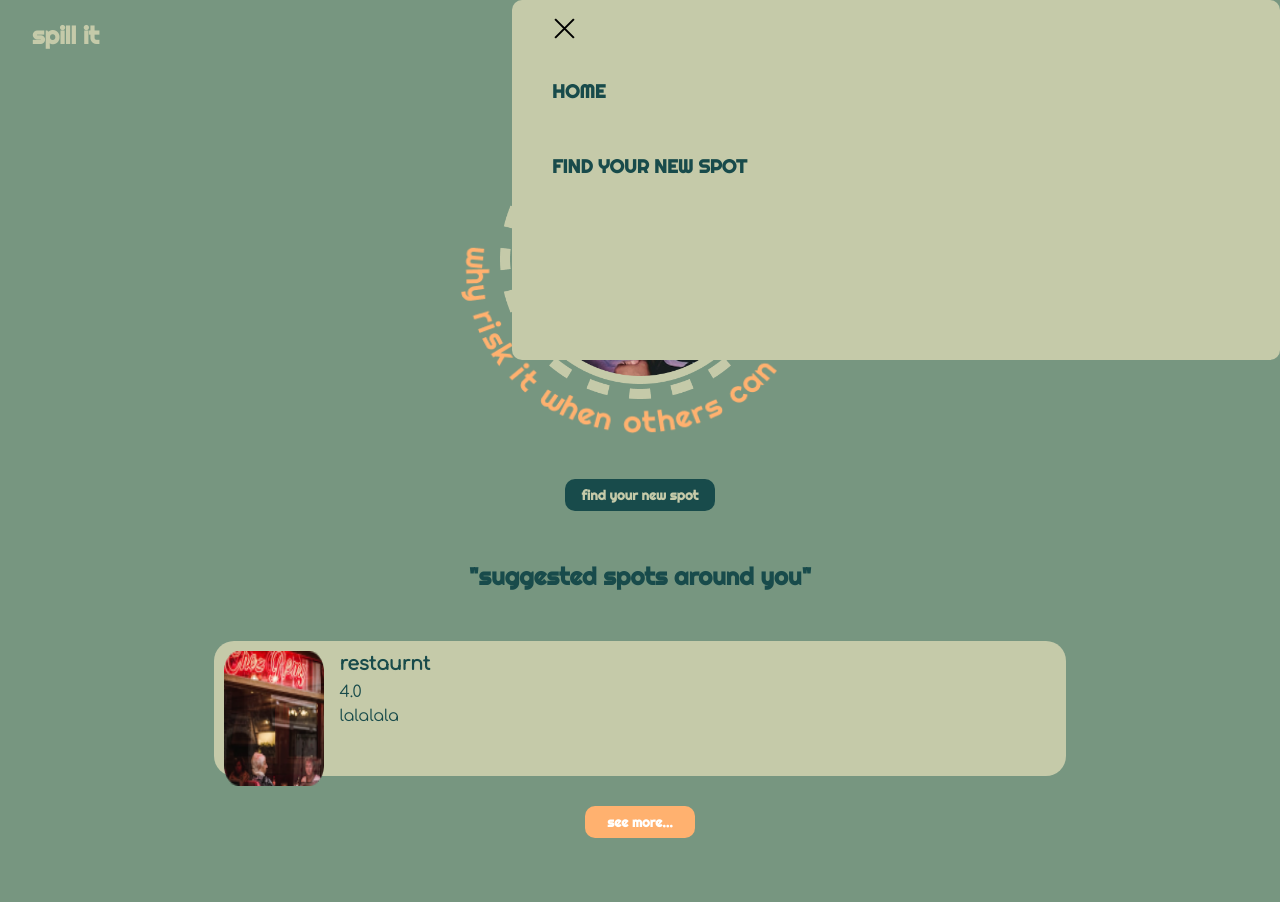
Repository: shaelorch/spillit
Page: /
An editor plug-in stored every save of this project. The page is shown before and after the next save, followed by the edit.
The browser window is 1280 px wide. The pictures show the whole page.
The project was rebuilt for these pictures with package versions that can differ from the ones it lists, and the page was loaded fresh each time. The framework's server and built-in components were replaced by stand-ins that run in the browser. Also part of the build but not shown: next.config.js.

Above is the page before, as saved 2023-02-10 14:39:49.

After the next save:
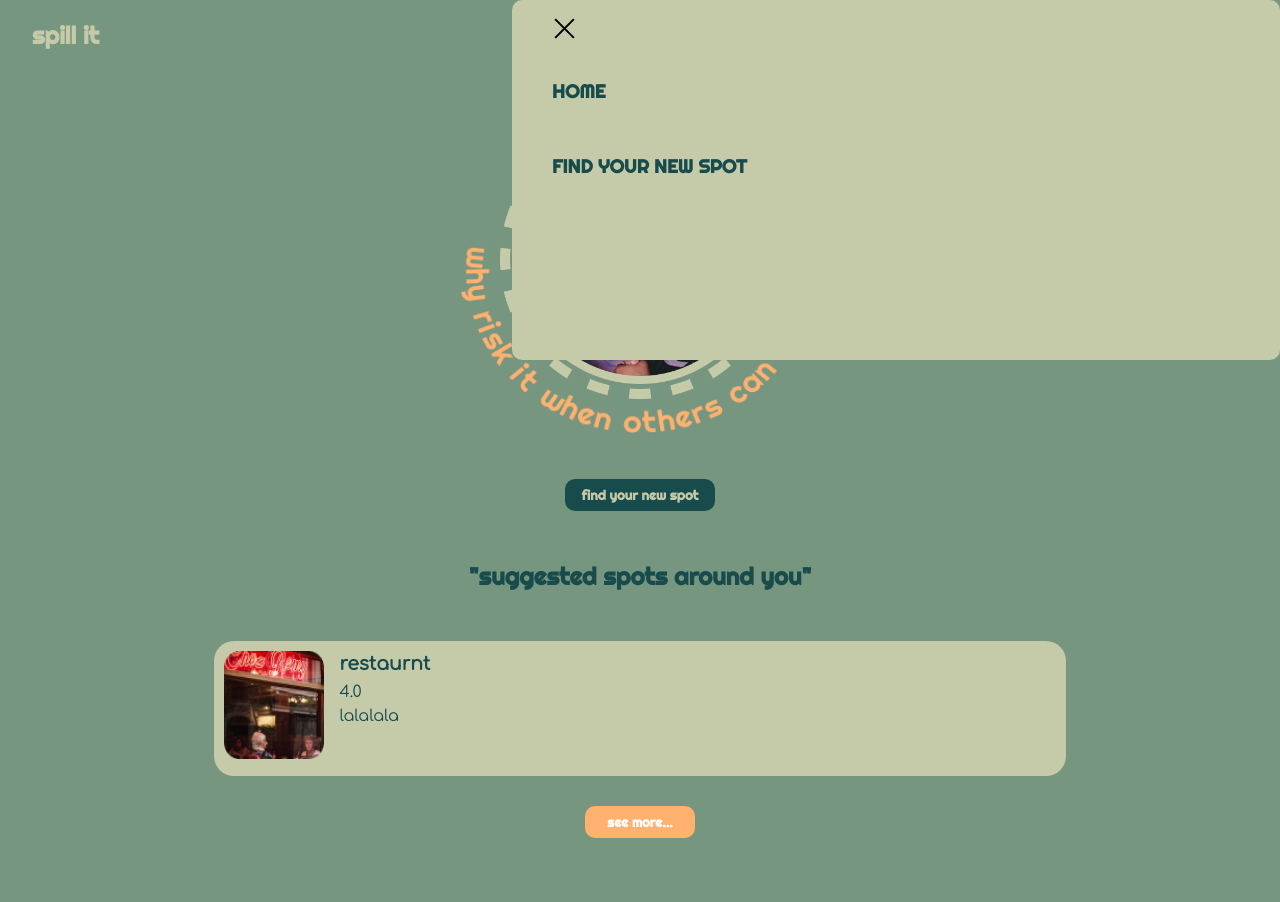
Saved 5 s later.
--- a/components/reviewCard.js
+++ b/components/reviewCard.js
@@ -10,7 +10,7 @@
     return (<div style={{display:'flex', width:"70%", height:135, backgroundColor:'#C5CAA9',  borderRadius:20}}>
 
         <div style={{display:'flex', flexDirection:'row'}}>
-            <img  style={{display:'flex', width:100, height:"100%", marginTop:10, marginLeft:10}} src="place.png"/>
+            <img  style={{display:'flex', width:100, height:"80%", marginTop:10, marginLeft:10}} src="place.png"/>
             <div style={{lineHeight:0.5,paddingLeft:15, color:'#184B4B'}}>
                 <h3 >{name}</h3>
                 <p>{rating}</p>
